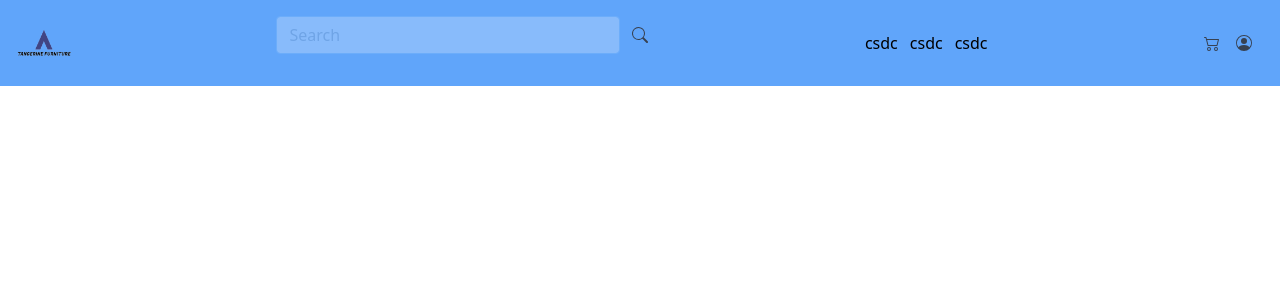
Repository: DevLaukey/Jitu-final
Page: / (app in frontend/)
The author's editor kept a copy of each file at every save. The page is drawn from the files as they stood at one save, then again after the next save.
The browser window is 1280 px wide. The pictures show the whole page.
The project was rebuilt for these pictures with package versions that can differ from the ones it lists, and the page was loaded fresh each time.

Above is the page before, as saved 2022-07-13 13:34:33.

### frontend/src/index.js
import React from 'react';
import ReactDOM from 'react-dom/client';
import './index.css';
import App from './App';
import {store } from './redux/store';
import {Provider} from 'react-redux';
const root = ReactDOM.createRoot(document.getElementById('root'));
root.render(
  <Provider store={store}>
    <App />
  </Provider>
);

### frontend/src/App.js
import Navbar from "./components/Navbar";

function App() {
  return (
    <div className="">
    <Navbar />
    </div>
  );
}

export default App;

### frontend/src/components/Navbar.js
import React from "react";
import logo from "./free-logo-24a54uqo7g-d1y96agntq-removebg-preview.png";
import { BsCart2, BsPersonCircle, BsSearch } from "react-icons/bs";
function Navbar() {
  return (
    <header className="flex space-x-4 items-center justify-between align-middle  p-4 bg-blue-400">
      <div className="text-center">
        <img
          onClick={() => {
            console.log("clicked");
          }}
          className="h-15 w-14"
          src={logo}
          alt=""
          srcset=""
        />
      </div>
      <div class="flex items-center justify-center">
        <div class="xl:w-96">
          <div class="input-group flex  items-stretch w-full mb-4 rounded">
            <input
              type="search"
              class="form-control  flex-auto min-w-0 block w-full px-3 py-1.5 text-base font-normal   bg-clip-padding border border-solid border-blue-300 rounded transition ease-in-out m-0 focus:text-gray-800 focus:bg-white focus:border-blue-600 focus:outline-none opacity-25"
              placeholder="Search"
              aria-label="Search"
              aria-describedby="button-addon2"
            />
            <span
              class="input-group-text flex items-center px-3 py-1.5 text-base font-normal text-gray-700 text-center whitespace-nowrap rounded"
              id="basic-addon2"
            >
              <BsSearch />
            </span>
          </div>
        </div>
      </div>
      <div >
        <ul className='hidden py-1.5 md:flex space-x-3 text-center'>
          <li>csdc</li>
          <li>csdc</li>
          <li>csdc</li>
        </ul>
      </div>
      <div class="space-x-4 text-gray-700 flex  px-3 py-2.5  text-center whitespace-nowrap rounded">
        <BsCart2 />
        <BsPersonCircle />
      </div>
    </header>
  );
}

export default Navbar;

Loaded but not shown: frontend/public/index.html (common file); frontend/src/index.css (common file); frontend/src/redux/store.js (common file); frontend/tailwind.config.js (common file)

After the next save:
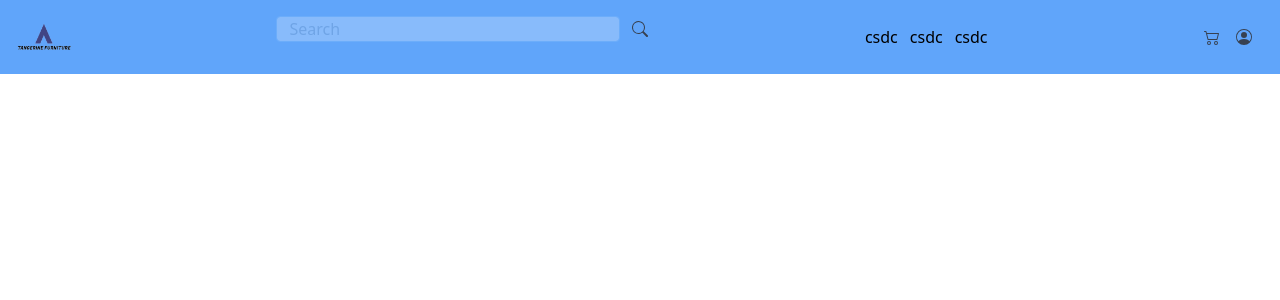
Saved 17 s later.
--- a/frontend/src/components/Navbar.js
+++ b/frontend/src/components/Navbar.js
@@ -20,13 +20,13 @@
           <div class="input-group flex  items-stretch w-full mb-4 rounded">
             <input
               type="search"
-              class="form-control  flex-auto min-w-0 block w-full px-3 py-1.5 text-base font-normal   bg-clip-padding border border-solid border-blue-300 rounded transition ease-in-out m-0 focus:text-gray-800 focus:bg-white focus:border-blue-600 focus:outline-none opacity-25"
+              class="form-control  flex-auto min-w-0 block w-full px-3  text-base font-normal   bg-clip-padding border border-solid border-blue-300 rounded transition ease-in-out m-0 focus:text-gray-800 focus:bg-white focus:border-blue-600 focus:outline-none opacity-25"
               placeholder="Search"
               aria-label="Search"
               aria-describedby="button-addon2"
             />
             <span
-              class="input-group-text flex items-center px-3 py-1.5 text-base font-normal text-gray-700 text-center whitespace-nowrap rounded"
+              class="input-group-text flex items-center px-3  text-base font-normal text-gray-700 text-center whitespace-nowrap rounded"
               id="basic-addon2"
             >
               <BsSearch />

After the save that followed:
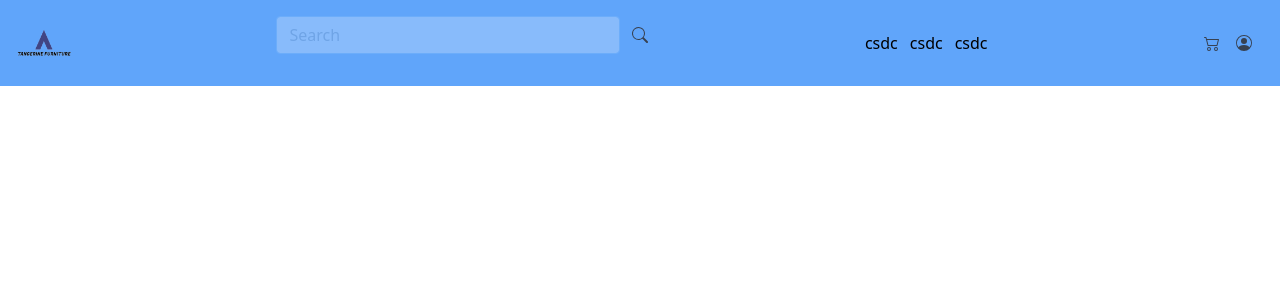
Saved 4 s later.
--- a/frontend/src/components/Navbar.js
+++ b/frontend/src/components/Navbar.js
@@ -20,13 +20,13 @@
           <div class="input-group flex  items-stretch w-full mb-4 rounded">
             <input
               type="search"
-              class="form-control  flex-auto min-w-0 block w-full px-3  text-base font-normal   bg-clip-padding border border-solid border-blue-300 rounded transition ease-in-out m-0 focus:text-gray-800 focus:bg-white focus:border-blue-600 focus:outline-none opacity-25"
+              class="form-control  flex-auto min-w-0 block w-full px-3 py-1.5 text-base font-normal   bg-clip-padding border border-solid border-blue-300 rounded transition ease-in-out m-0 focus:text-gray-800 focus:bg-white focus:border-blue-600 focus:outline-none opacity-25"
               placeholder="Search"
               aria-label="Search"
               aria-describedby="button-addon2"
             />
             <span
-              class="input-group-text flex items-center px-3  text-base font-normal text-gray-700 text-center whitespace-nowrap rounded"
+              class="input-group-text flex items-center px-3 py-1.5 text-base font-normal text-gray-700 text-center whitespace-nowrap rounded"
               id="basic-addon2"
             >
               <BsSearch />
